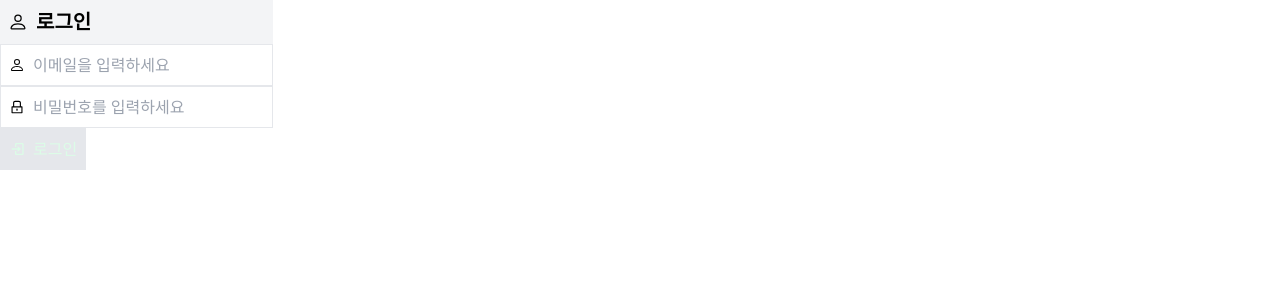
Repository: wanted-pre-onboarding-4/pre-onboarding-assignment-week-4-1-team-4
Page: /login (app in client/)
An editor plug-in stored every save of this project. The page is shown before and after the next save, followed by the edit.
The browser window is 1280 px wide. The pictures show the whole page.
The project was rebuilt for these pictures with package versions that can differ from the ones it lists, and the page was loaded fresh each time. Also part of the build but not shown: client/src/components/Footer.jsx, client/src/components/Header.jsx, client/src/components/Sider.jsx, client/src/components/Layout.jsx.

Above is the page before, as saved 2022-09-20 21:10:35.

After the next save:
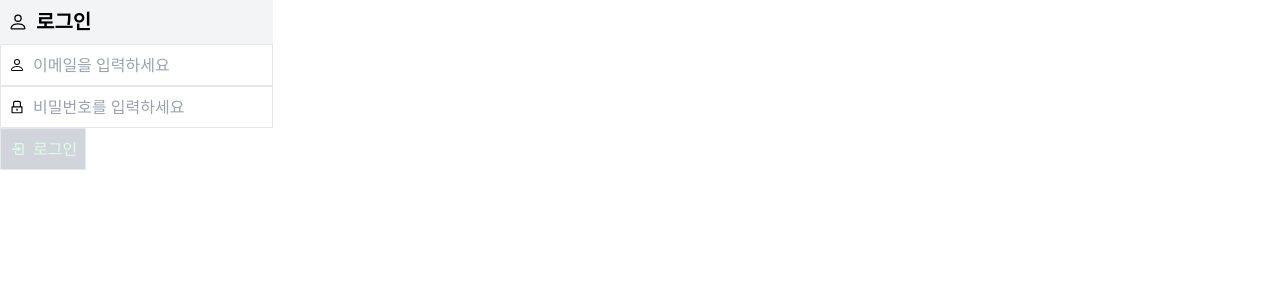
Saved 13 s later.
--- a/client/src/pages/login/Login.jsx
+++ b/client/src/pages/login/Login.jsx
@@ -19,7 +19,7 @@ const Login = () => {
           <AiOutlineLock />
           <input type="password" placeholder="비밀번호를 입력하세요" />
         </label>
-        <button className='flex items-center space-x-2 border-solid border-[1px] p-2 disabled:text-green-100 disabled:bg-gray-200' disabled={true}><BiLogIn/><span>로그인</span></button>
+        <button className='flex items-center space-x-2 border-solid border-[1px] p-2 disabled:text-green-100 disabled:bg-gray-300' disabled={true}><BiLogIn/><span>로그인</span></button>
       </form>
     </div>
   );
